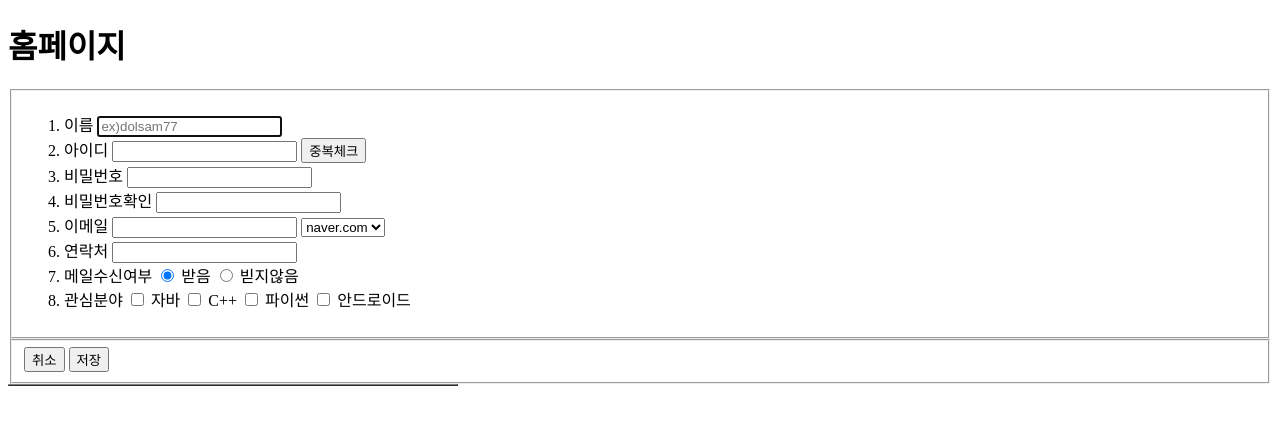
Repository: gus-123/Edu_KCC_HTML
Page: Html/WebContent/test/h_mission1.html
These files come from the project's save history. The page is drawn as it stood at one moment and after the next save; the edit follows.
The browser window is 1280 px wide. The pictures show the whole page.

Above is the page before, as saved 2024-07-08 06:31:40.

After the next save:
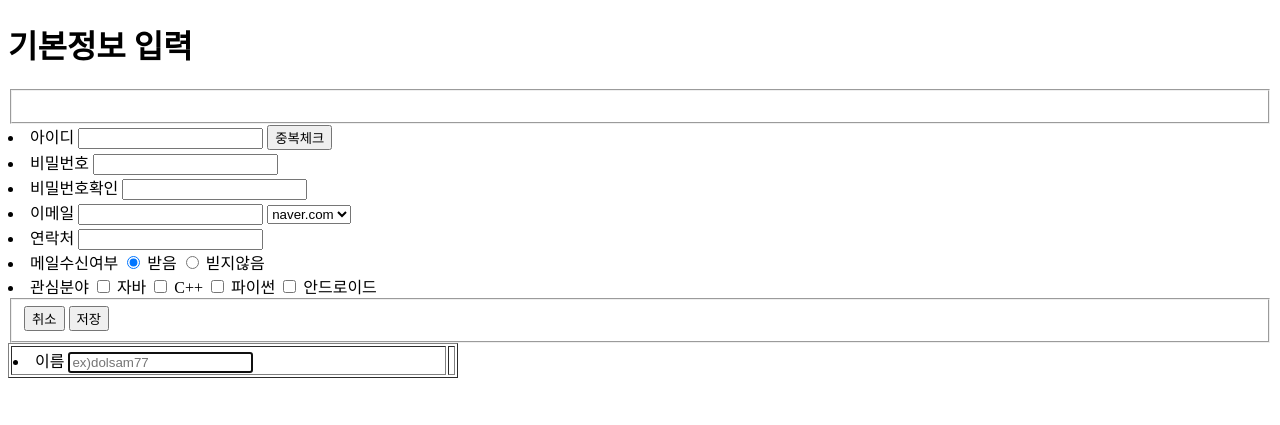
Saved 56 s later.
--- a/Html/WebContent/test/h_mission1.html
+++ b/Html/WebContent/test/h_mission1.html
@@ -5,15 +5,19 @@
 <title>Insert title here</title>
 </head>
 <body>
-		<h1>홈페이지</h1>
+		<h1>기본정보 입력</h1>
 	<form action = "서버URL" method="get/post">
 	<table width="450" border="1">
 		<fieldset>
 			<ol>
+			<tr>
+			<td>
 				<li>
 					<label for="name">이름</label>
 					<input type="text" name="Name" id="name" autofocus="autofocus" placeholder ="ex)dolsam77">
 				</li>
+				<td>
+			</tr>
 				<li>
 					<label for="id">아이디</label>
 					<input type="text" name="Id" id="id" autofocus="autofocus">
